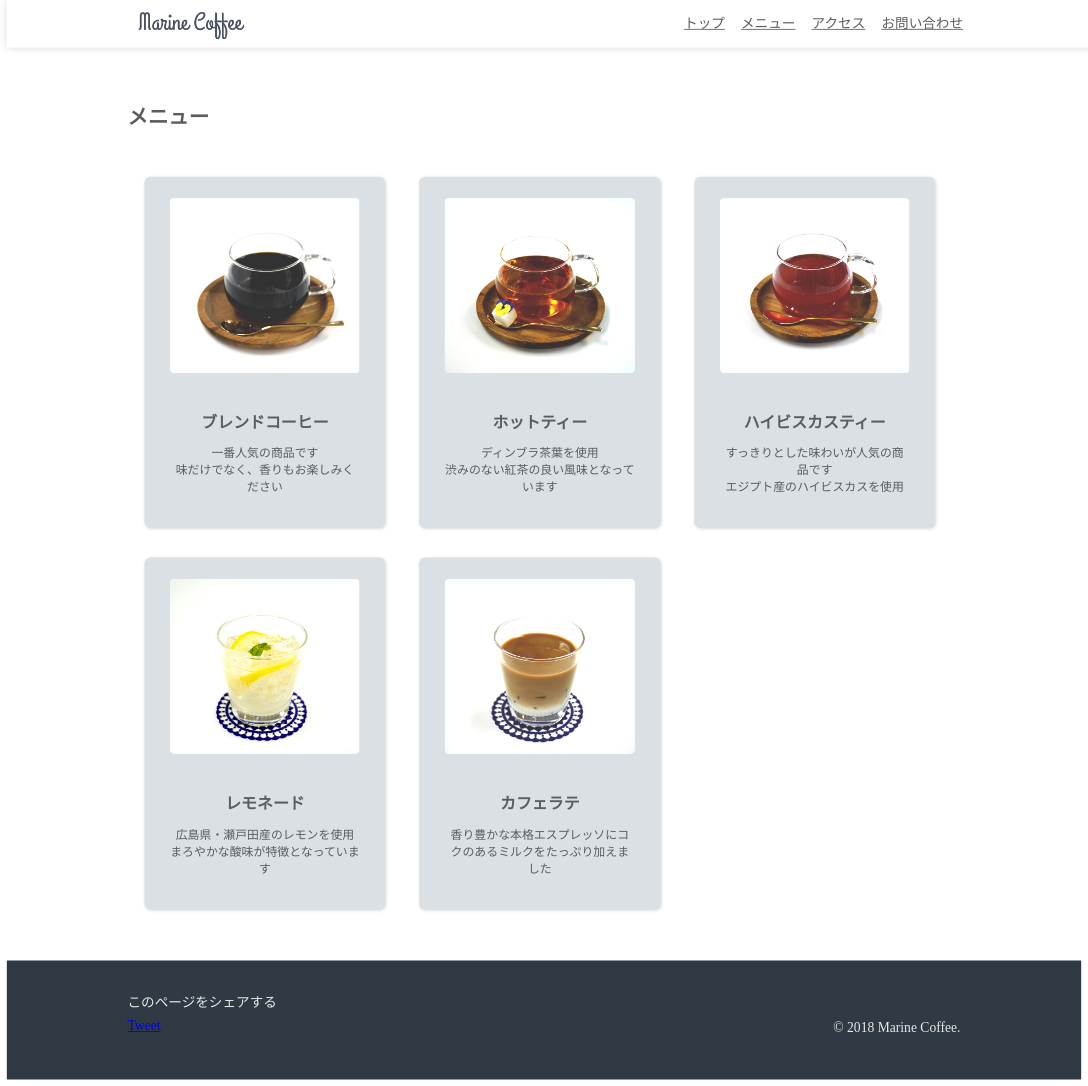
Repository: Kazuya888/samurai_HTML-CSS
Page: marine_coffee/menu.html
The author's editor kept a record of every edit. The page is drawn from the files as they stood at one moment, then again after the next edit.
The browser window is 1280 px wide. The pictures show the whole page, at 85% of full size.

Above is the page before.

### marine_coffee/menu.html
<!DOCTYPE html>
<html>
    <head>
        <meta charset="utf-8">
        <title>Marine Coffee</title>
        <link rel="stylesheet" href="common.css">
        <link rel="stylesheet" href="menu.css">
    </head>
    <body>
<!----------ヘッダー---------------->
          <div class="header">
             <div class="container">
         <div class="header-left">
          <img class="header-logo" src="images/logo.png"
    alt="Marine Coffee"> </div>
 <div class="header-right">
    <a href="index1.html">トップ</a>
    <a href="menu.html">メニュー</a>
    <a href="access.html">アクセス</a>
    <a href="contact.html">お問い合わせ</a>
       </div>
         </div>
 <div class="clear"></div>
     </div>
</div>
<!------------メニュー------------------>
<div class="menu">
    <div class='container'>
        <h2>メニュー</h2>
        <div class="menu-card-wrapper">
 <!----------ブレンドコーヒー----------->
            <div class="menu-card">
                <div class= "menu-card-inner">
                    <img class="menu-image" src="images/blend-coffee.jpg"
                    alt="ブレンドコーヒー">
                    <h3 class="menu-title">ブレンドコーヒー</h3>
                    <p class="menu-text">
                    一番人気の商品です
                    <br>
                    味だけでなく、香りもお楽しみください
                    </p>
                </div>
            </div>
<!----------ホットティー------------>
             <div class="menu-card">
                <div class= "menu-card-inner">
                    <img class="menu-image" src="images/hot-tea.jpg"
                    alt="ホットティー">
                    <h3 class="menu-title">ホットティー</h3>
                    <p class="menu-text">
                   ディンブラ茶葉を使用
                    <br>
                    渋みのない紅茶の良い風味となっています
                    </p>
                </div>
            </div>
<!----------ハイビスカスティー------->
             <div class="menu-card">
                <div class= "menu-card-inner">
                    <img class="menu-image" src="images/hibiscus-tea.jpg"
                    alt="ハイビスカスティー">
                    <h3 class="menu-title">ハイビスカスティー</h3>
                    <p class="menu-text">
                    すっきりとした味わいが人気の商品です
                    <br>
                    エジプト産のハイビスカスを使用
                    </p>
                </div>
            </div>
<!----------レモネード--------------->
            <div class="menu-card">
                <div class= "menu-card-inner">
                    <img class="menu-image" src="images/lemonade.jpg"
                    alt="レモネード">
                    <h3 class="menu-title">レモネード</h3>
                    <p class="menu-text">
                    広島県・瀬戸田産のレモンを使用
                    <br>
                    まろやかな酸味が特徴となっています
                    </p>
                </div>
            </div>
<!----------カフェラテ-------------->
            <div class="menu-card">
                <div class= "menu-card-inner">
                    <img class="menu-image" src="images/caffelatte.jpg"
                    alt="カフェラテ">
                    <h3 class="menu-title">カフェラテ</h3>
                    <p class="menu-text">
                    香り豊かな本格エスプレッソにコクのあるミルクをたっぷり加えました
                    </p>
                </div>
            </div>
        </div>
    </div>
</div>

<!--------- フッター---------------->
 <div class="footer">
        <div class="container">
            <div class="footer-left">
                <p>このページをシェアする</p>
               <a href="https://twitter.com/share?ref_src=twsrc%5Etfw"
               class="twitter-share-button"
               data-text="Marine Coffee" data-show-count="false">Tweet</a><script async src="https://platform.twitter.com/widgets.js"
               charset="utf-8"></script>
            </div>
            <div class="footer-right">
                &copy; 2018 Marine Coffee.
            </div>
            <div class="clear"></div>
        </div>
    </div>
    </body>
</html>

### marine_coffee/common.css
@charset "utf-8";
.container {
    max-width: 980px;
    padding: 0 30px;
    margin-left: auto;
    margin-right: auto;
}
.header {
    height: 56px;
    width: 100%;
    box-shadow: 0 0 10px #dddddd;
    background-color: white;
    position: fixed;
    top: 0 ;
}
.header-left{
    float: left;
}
.header-right{
    float: right;
}
.clear{
    clear: both;
}
.header-logo{
    height: 40px;
    margin-top: 8px;
}
.header-right a{
    line-height: 56px;
    color: #5a5c5f;
    margin-left: 5px;
    font-size: 16px;
    padding:16px 5px;
}
.header-right a:hover{
    background-color: #e2f1ff;
    transition: background-color 0.5s;
}
.footer{
    height: 120px;
    background-color: #2f3a44;
    color: #e8e8e8;
    padding-top:20px;
}
.footer-left{
    float: left;
}
.footer-right{
    float: right;
    padding-top: 50px;
}
.footer-left p{
    margin-bottom:8px;
}

### marine_coffee/menu.css
@charset "utf-8";
.menu{
    padding: 90px 0 60px;
    color: #5a5c5f;
}
.menu-card{
    width: 33%;
    margin-top: 35px;
}
.menu-card-inner{
    padding:25px 30px;
    background-color: #dbe0e4;
    border-radius: 7px;
    box-shadow: 1px 1px 4px #d2d4d6;
    text-align: center;
    margin: 0 20px;
}
.menu-image{
    width: 100%;
    margin-bottom: 20px;
    border-radius: 5px;
}
.menu-title{
    margin-bottom:8px;
}
.menu-text{
    font-size:14px;
}
.menu-card-wrapper{
    display: flex;
    flex-wrap: wrap;
}

After the next edit:
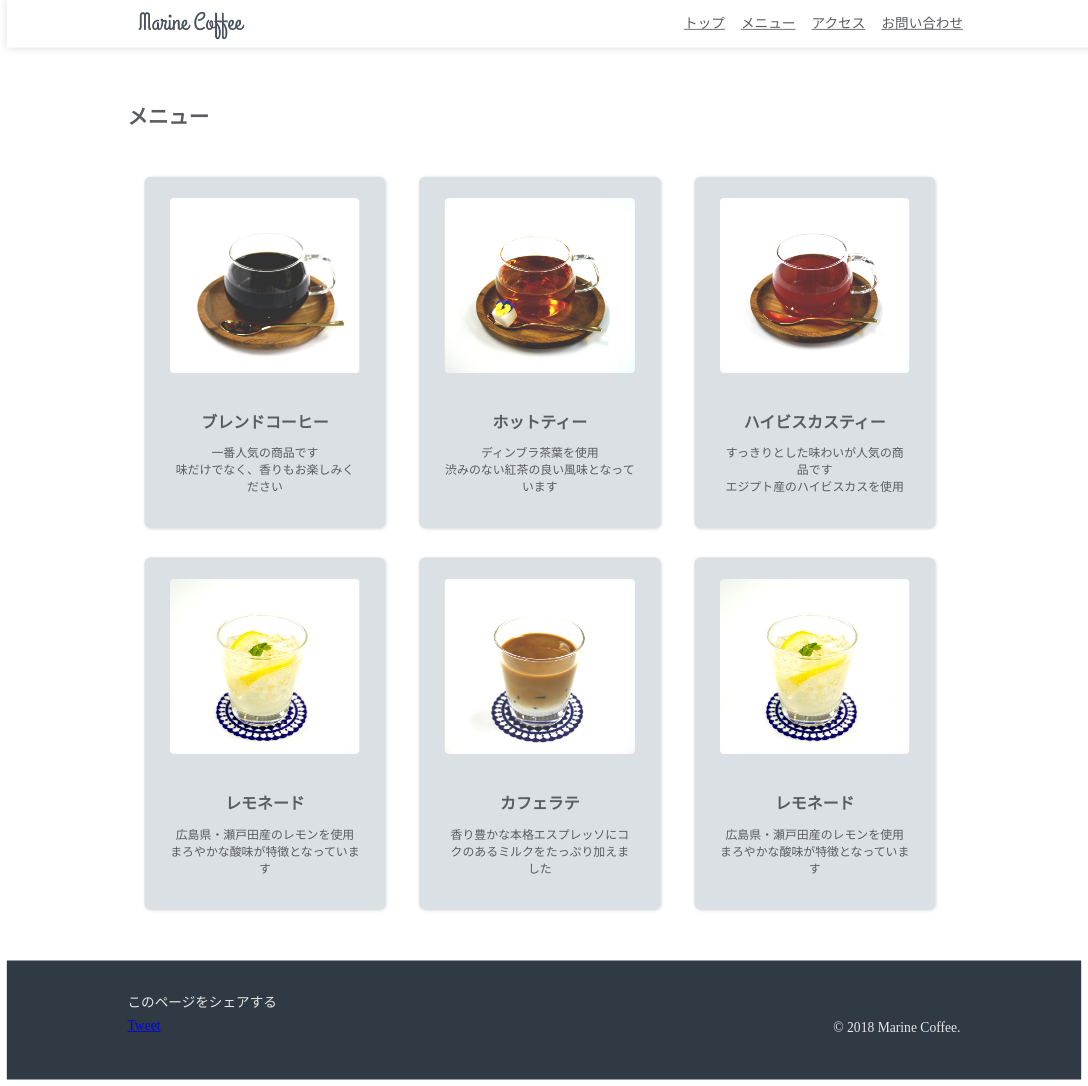
The edit:
--- a/marine_coffee/menu.html
+++ b/marine_coffee/menu.html
@@ -91,6 +91,19 @@
                     </p>
                 </div>
             </div>
+<!---------オレンジジュース--------->
+             <div class="menu-card">
+                <div class= "menu-card-inner">
+                    <img class="menu-image" src="images/lemonade.jpg"
+                    alt="レモネード">
+                    <h3 class="menu-title">レモネード</h3>
+                    <p class="menu-text">
+                    広島県・瀬戸田産のレモンを使用
+                    <br>
+                    まろやかな酸味が特徴となっています
+                    </p>
+                </div>
+            </div>
         </div>
     </div>
 </div>
